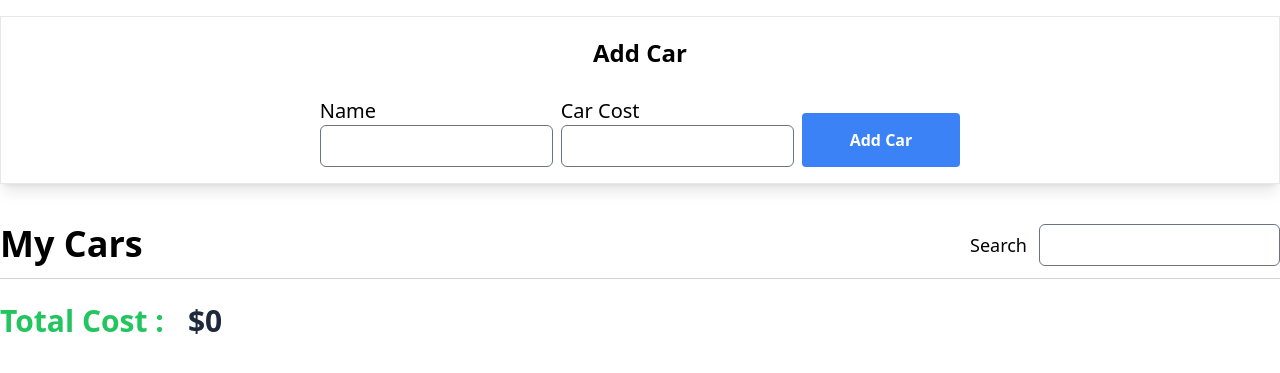
Repository: Marhamat92/carsappreduxtoolkit
Page: /
An editor plug-in stored every save of this project. The page is shown before and after the next save, followed by the edit.
The browser window is 1280 px wide. The pictures show the whole page.
The project was rebuilt for these pictures with package versions that can differ from the ones it lists, and the page was loaded fresh each time.

Above is the page before, as saved 2023-01-24 01:00:17.

After the next save:
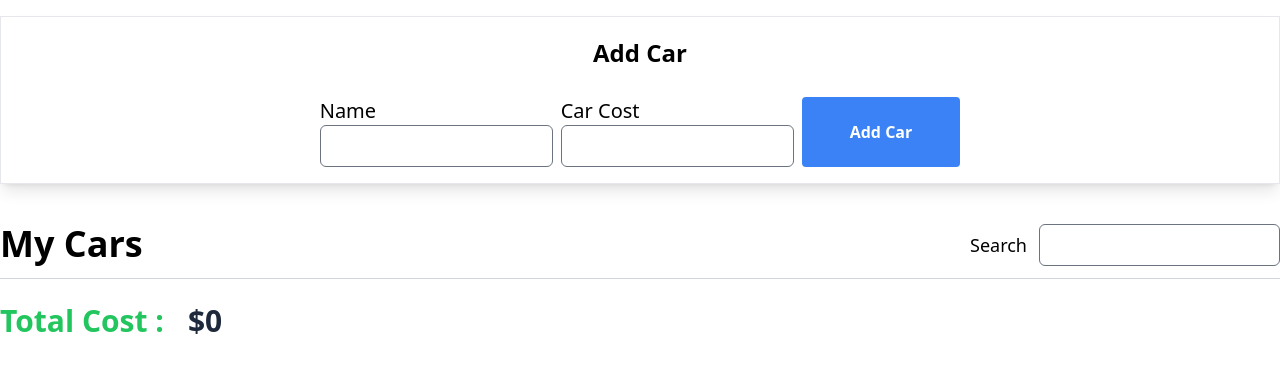
Saved 22 s later.
--- a/src/components/CarForm.js
+++ b/src/components/CarForm.js
@@ -54,7 +54,7 @@ function CarForm() {
               ' value={cost || ''} onChange={handleCostChange} type='number' name='price' id='price' />
             </div>
             <div className='flex '>
-              <button className='bg-blue-500 hover:bg-blue-700 text-white font-bold   px-12 rounded mt-4' type='submit'>Add Car</button>
+              <button className='bg-blue-500 hover:bg-blue-700 text-white font-bold   px-12 rounded ' type='submit'>Add Car</button>
             </div>
           </div>
 
